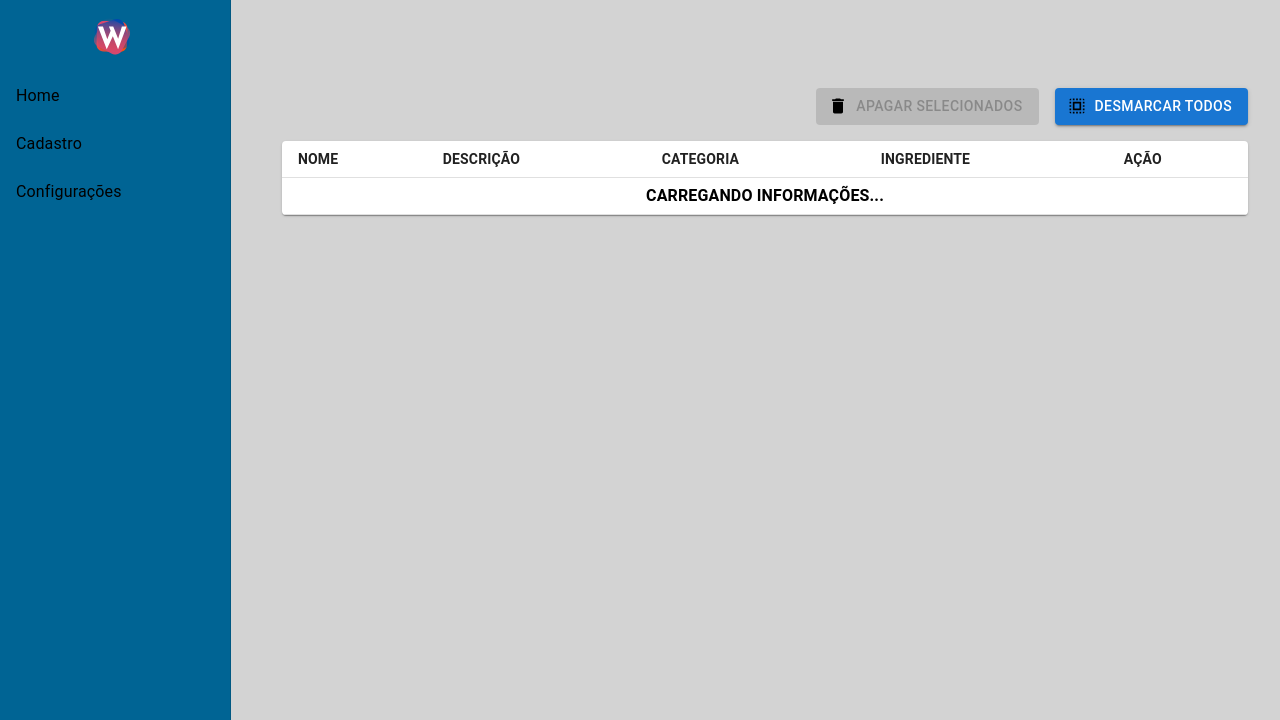
Repository: oZanella/projeto_windel_web_CRM
Page: /
An editor plug-in stored every save of this project. The page is shown before and after a run of saves, followed by the edit.
The browser window is 1280 px wide. The pictures show the whole page.
The page's requests for data from a server got no answer. The project was rebuilt for these pictures with package versions that can differ from the ones it lists, and the page was loaded fresh each time. No one was signed in, and anything a server would have sent is missing. Also part of the build but not shown: vite.config.js, src/routes/Configuracoes.jsx. Imported but missing from the stored project, and not drawn on this page: src/routes/Cadastro.jsx.

Above is the page before, as saved 2024-08-19 09:13:05.

After the next 2 saves:
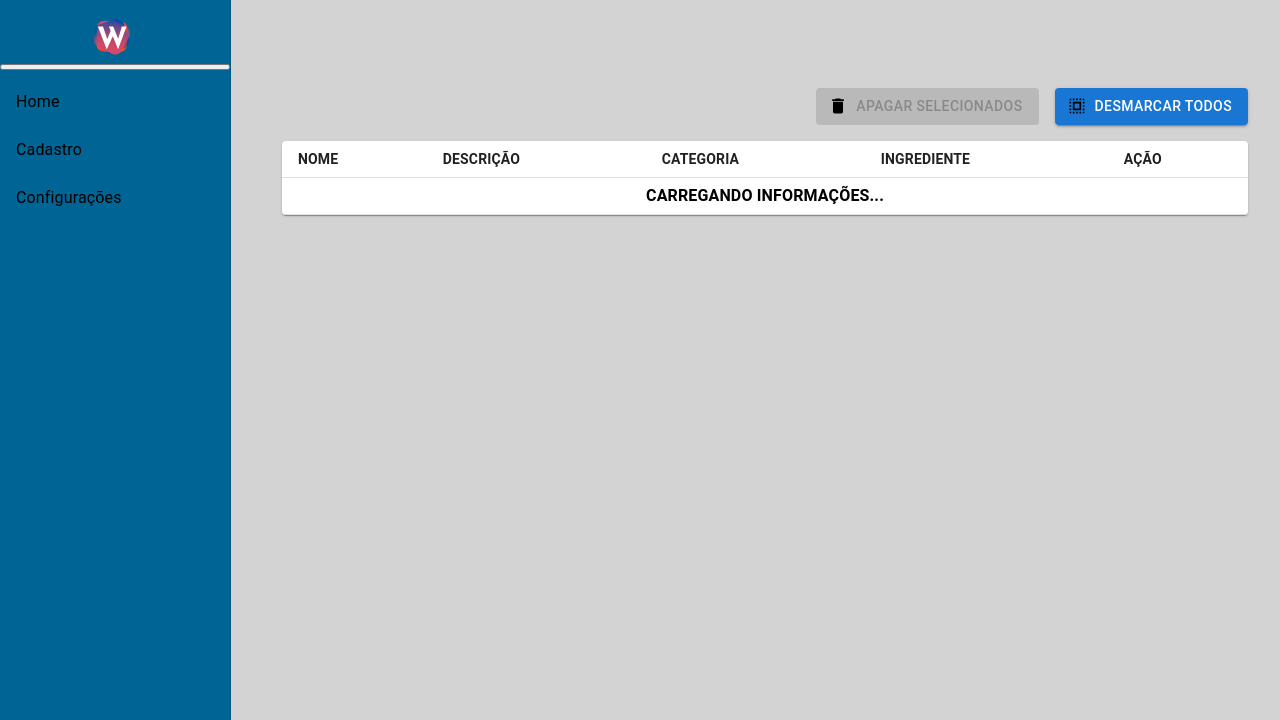
The 2 saves are shown as one change because they came seconds apart.
The last was saved 13 s later.
--- a/src/components/Header.jsx
+++ b/src/components/Header.jsx
@@ -128,6 +128,8 @@
           </IconButton>
         </Box>
 
+        <button></button>
+
         <Box sx={{ overflow: 'auto' }}>
           <List>
             {menuItems.map((item) => (

After the save that followed:
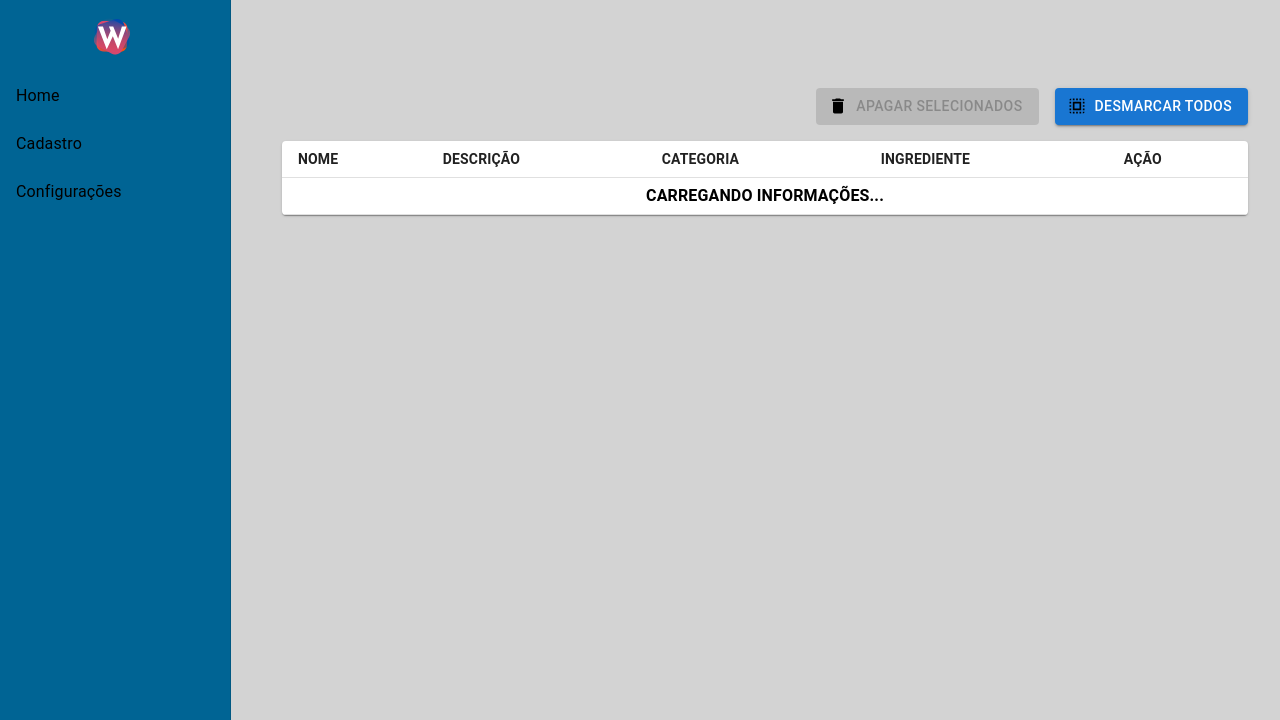
Saved 8 s later.
--- a/src/components/Header.jsx
+++ b/src/components/Header.jsx
@@ -128,7 +128,9 @@
           </IconButton>
         </Box>
 
-        <button></button>
+        <Box>
+
+        </Box>
 
         <Box sx={{ overflow: 'auto' }}>
           <List>
